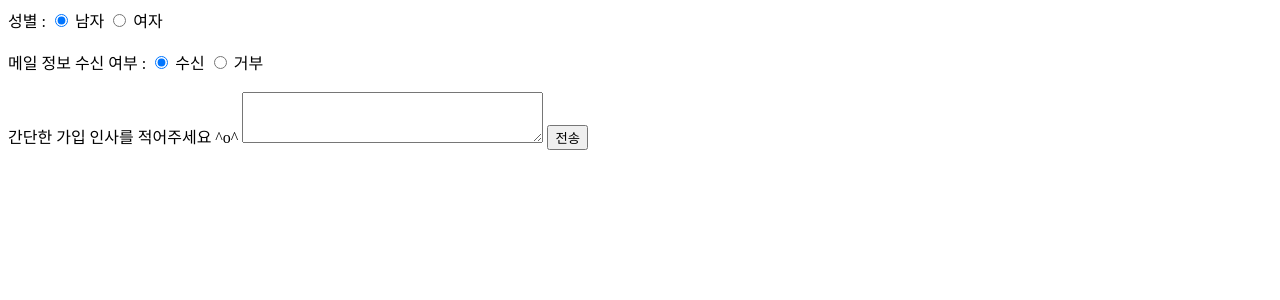
Repository: kibum414/Bitcamp
Page: http://localhost/web-study-02/08_radio.jsp
An editor plug-in stored every save of this project. The page is shown before and after the next save, followed by the edit.
The browser window is 1280 px wide. The pictures show the whole page.
The page is served by Tomcat 9.

Above is the page before, as saved 2021-03-08 08:48:53.

After the next save:
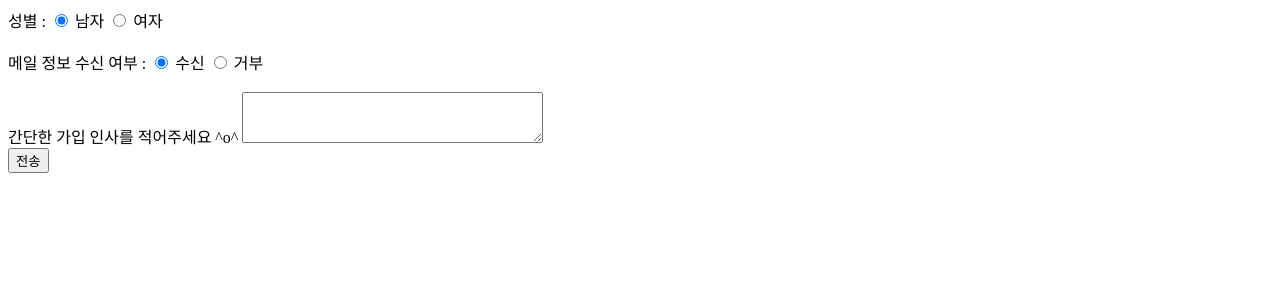
Saved 3 min 16 s later.
--- a/JAVA/web-workspace/web-study-02/WebContent/08_radio.jsp
+++ b/JAVA/web-workspace/web-study-02/WebContent/08_radio.jsp
@@ -22,7 +22,7 @@
 					value="no"> 거부 <br>
 
 		<br> <label for="content"> 간단한 가입 인사를 적어주세요 ^o^ </label>
-		<textarea id="content" name="content" rows="3" cols="35"></textarea>
+		<textarea id="content" name="content" rows="3" cols="35"></textarea> <br>
 
 		<input type="submit" value="전송">
 	</form>
